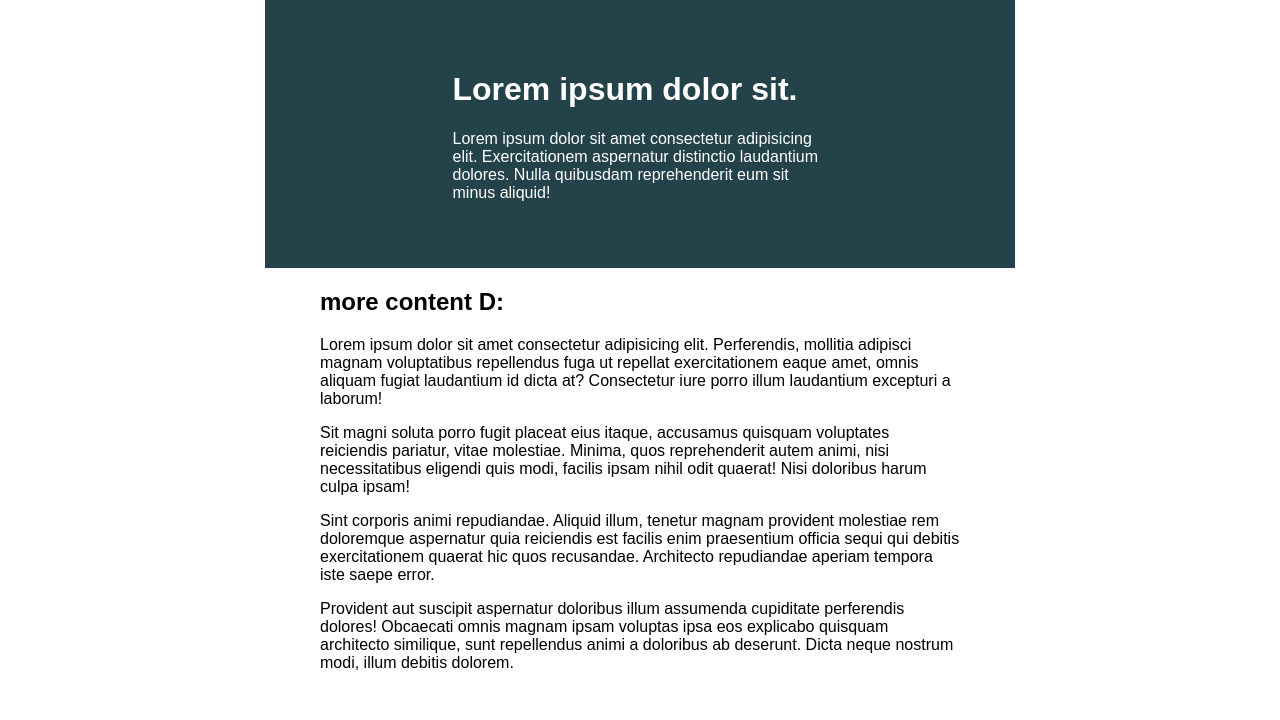
Repository: ufanodev/responsive-3
Page: index.html
An editor plug-in stored every save of this project. The page is shown before and after the next save, followed by the edit.
The browser window is 1280 px wide. The pictures show the whole page.

Above is the page before, as saved 2022-12-10 19:32:18.

### index.html
<!DOCTYPE html>
<html lang="en">
<head>
    <meta charset="UTF-8">
    <meta name="viewport" content="width=device-width, initial-scale=1.0">
    <title>KP Responsive Course</title>

    <link rel="stylesheet" href="style.css">
</head>
<body>

    <div class="container">
        <div class="intro-content">
            <h1>Lorem ipsum dolor sit.</h1>
            <p>Lorem ipsum dolor sit amet consectetur adipisicing elit. Exercitationem aspernatur distinctio laudantium dolores. Nulla quibusdam reprehenderit eum sit minus aliquid!</p>
        </div>
    </div>

    <div class ="intro-content"::after>
        <h2>more content D:</h2>
            <p>Lorem ipsum dolor sit amet consectetur adipisicing elit. Perferendis, mollitia adipisci magnam voluptatibus repellendus fuga ut repellat exercitationem eaque amet, omnis aliquam fugiat laudantium id dicta at? Consectetur iure porro illum laudantium excepturi a laborum!</p>

            <p>Sit magni soluta porro fugit placeat eius itaque, accusamus quisquam voluptates reiciendis pariatur, vitae molestiae. Minima, quos reprehenderit autem animi, nisi necessitatibus eligendi quis modi, facilis ipsam nihil odit quaerat! Nisi doloribus harum culpa ipsam!</p>

            <p>Sint corporis animi repudiandae. Aliquid illum, tenetur magnam provident molestiae rem doloremque aspernatur quia reiciendis est facilis enim praesentium officia sequi qui debitis exercitationem quaerat hic quos recusandae. Architecto repudiandae aperiam tempora iste saepe error.</p>

            <p>Provident aut suscipit aspernatur doloribus illum assumenda cupiditate perferendis dolores! Obcaecati omnis magnam ipsam voluptas ipsa eos explicabo quisquam architecto similique, sunt repellendus animi a doloribus ab deserunt. Dicta neque nostrum modi, illum debitis dolorem.</p>
    </div>

</body>
</html>

### style.css
/* INSTRUCTIONS
 *
 * 1) Keep the text inside .intro-content
 *    in the same place, but have the background
 *    extend from one side of the viewport
 *    to the other, no matter how wide or narrow
 *    the browser is.
 *
 * 2) Limit the maximum width of the text in the
 *    bottom area.
 *
 * You may modify the HTML if needed
 * (you probably should for this challenge)
 *
 */

* {
  box-sizing: border-box;
}

body {
  margin: 0;
  font-family: sans-serif;
}

.container {
  width: 80%;
  max-width: 750px;
  margin: 0 auto;
  background: #23424a;
  color: white;
  padding: 50px 0;
}

.intro-content {
  width: 50%;
  margin: 0 auto;
}

After the next save:
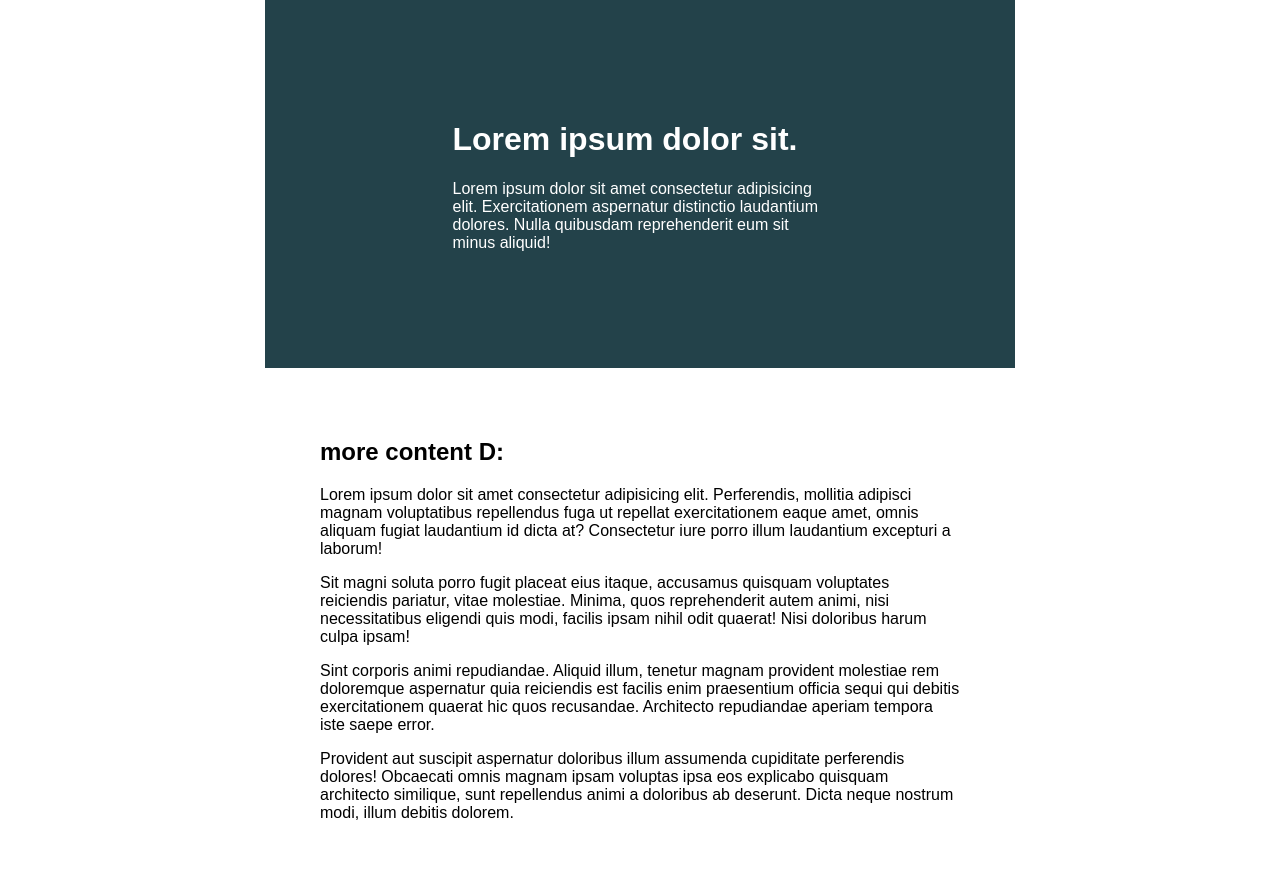
Saved 2 min 15 s later.
--- a/style.css
+++ b/style.css
@@ -35,4 +35,5 @@ body {
 .intro-content {
   width: 50%;
   margin: 0 auto;
+  padding: 50px 0;
 }
